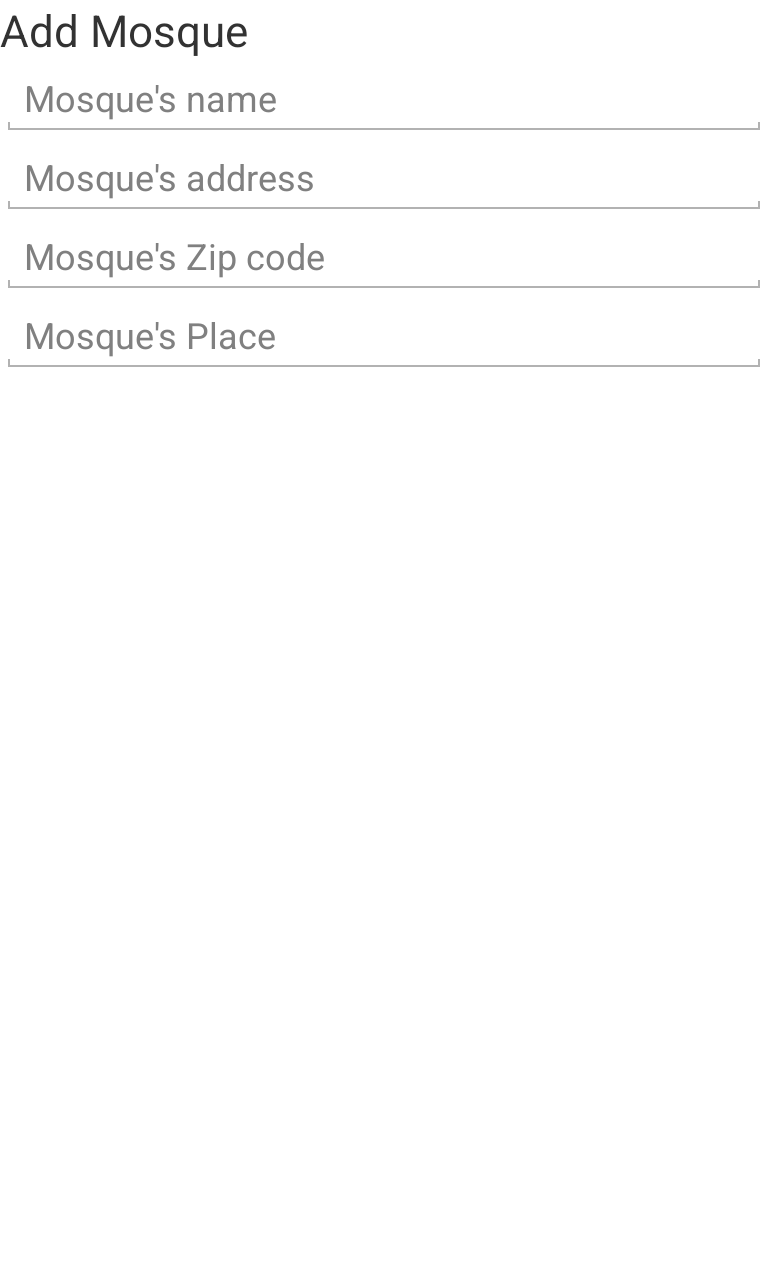
Repository: Osamah/Afstudeerwerk
Layout: NativeApp/SecondPillar/res/layout/activity_addmosque.xml
An editor plug-in stored every save of this project. The layout is shown before and after the next save, followed by the edit.
It is drawn on a 768 x 1280 px phone screen (xhdpi) without system bars, with theme AppTheme; the app's code is not run.

Above is the layout before, as saved 2012-12-31 14:38:05.

After the next save:
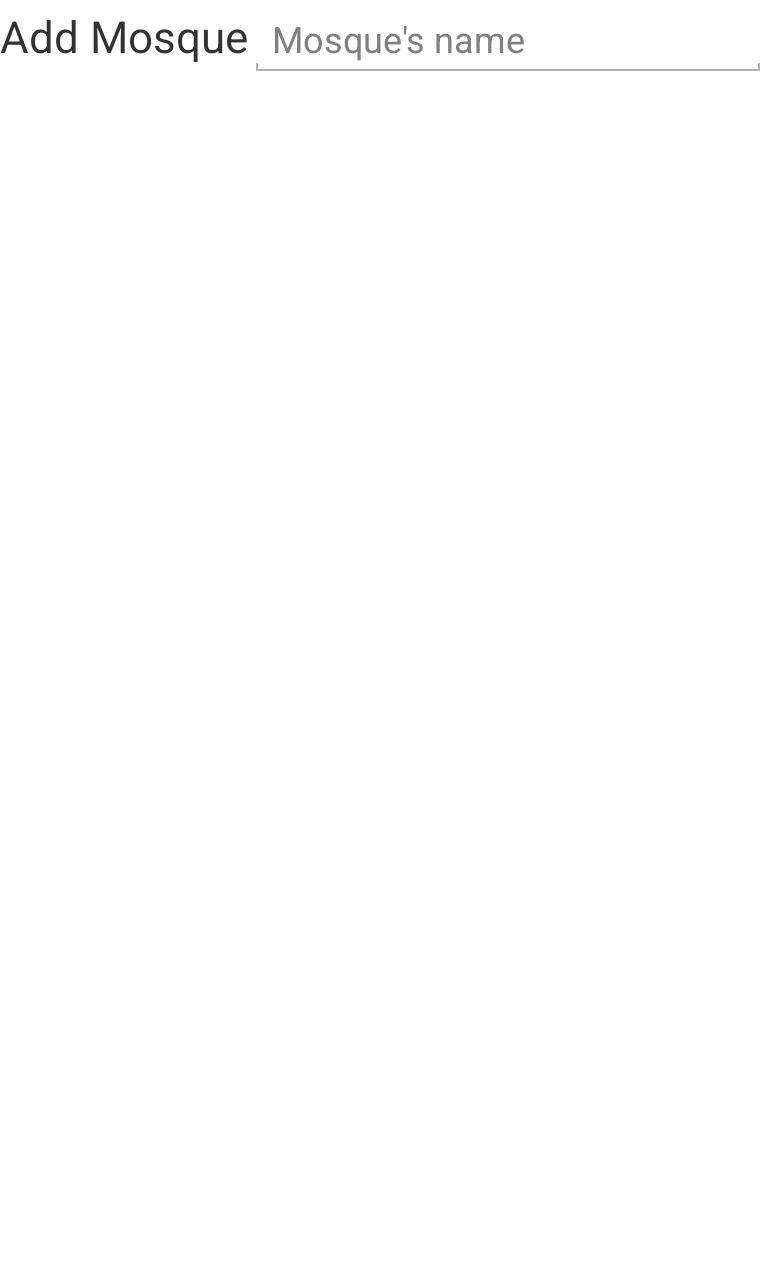
Saved 110 s later.
--- a/NativeApp/SecondPillar/res/layout/activity_addmosque.xml
+++ b/NativeApp/SecondPillar/res/layout/activity_addmosque.xml
@@ -11,7 +11,7 @@
     <LinearLayout
         android:layout_width="fill_parent"
         android:layout_height="fill_parent"
-        android:orientation="vertical" >
+        android:orientation="horizontal" >
 
 		<TextView
 		    android:id="@+id/lblAddMosque"
@@ -40,21 +40,19 @@
 
         <EditText
             android:id="@+id/txtMosqueZipCode"
-            android:layout_width="fill_parent"
+            android:layout_width="140dp"
             android:layout_height="wrap_content"
             android:hint="@string/txtMosqueZipCode"
-            android:inputType="number"
-            android:layout_weight="1">
+            android:inputType="number" >
 
 		</EditText>
 
         <EditText
             android:id="@+id/txtMosquePlace"
-            android:layout_width="fill_parent"
+            android:layout_width="wrap_content"
             android:layout_height="wrap_content"
             android:hint="@string/txtMosquePlace"
-            android:inputType="textPostalAddress"
-            android:layout_weight="1" >
+            android:inputType="textPostalAddress" >
 
 		</EditText>
 
